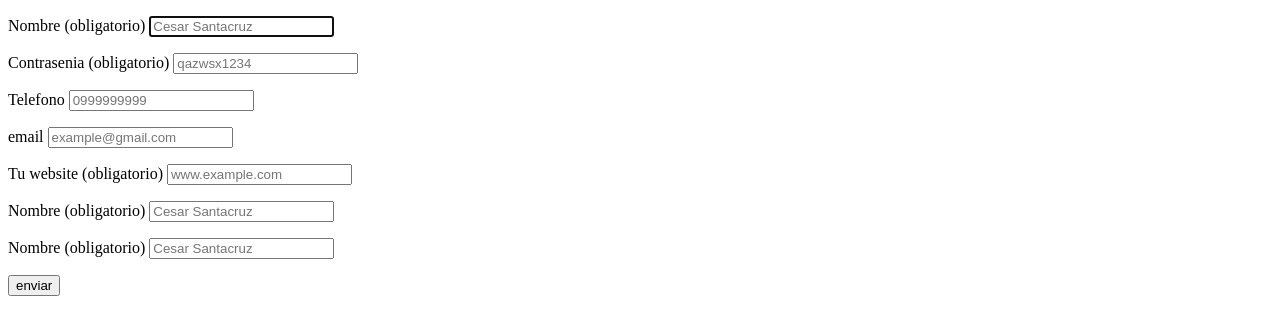
Repository: cesarsant0203/My_Study
Page: Introducción al desarrollo web/formulario.html
These files come from the project's save history. The page is drawn as it stood at one moment and after the next save; the edit follows.
The browser window is 1280 px wide. The pictures show the whole page.

Above is the page before, as saved 2020-04-27 19:28:41.

After the next save:
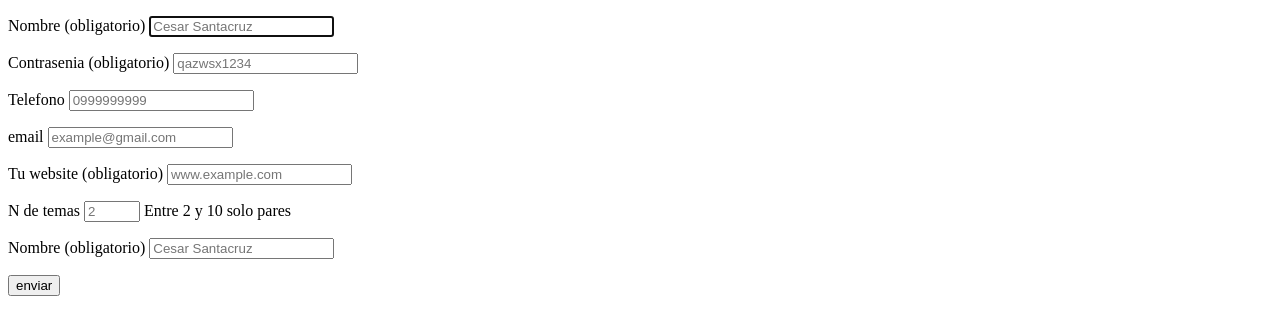
Saved 14 s later.
--- a/Introducción al desarrollo web/formulario.html
+++ b/Introducción al desarrollo web/formulario.html
@@ -44,12 +44,11 @@
             required>
         </p>
         <p>
-            <label for="name"> Nombre (obligatorio)</label>
-            <input type="text" name="name" id="name"
-            placeholder="Cesar Santacruz"
-            autofocus
-            autocomplete
-            required>
+            <label for="numberexample"> N de temas </label>
+            <input type="number" name="numberexample" id="numberexample"
+            placeholder="2"
+            min="2" max="10" step="2">
+            Entre 2 y 10 solo pares
         </p>
         <p>
             <label for="name"> Nombre (obligatorio)</label>
